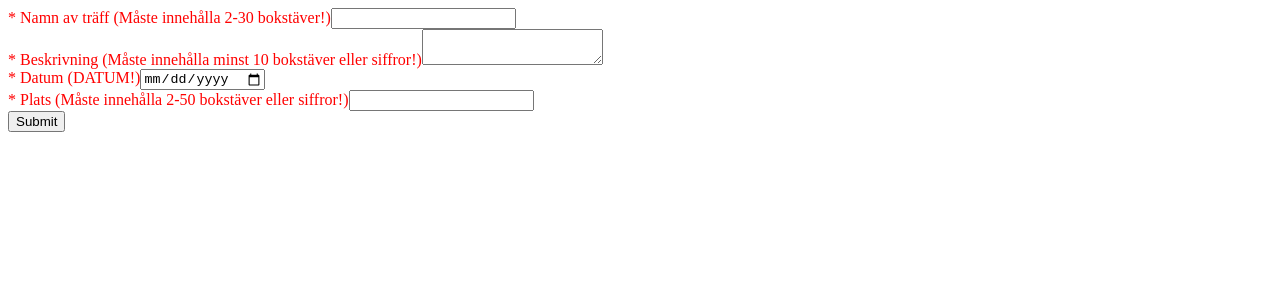
Repository: la222tc/1DV404_HT14_D_4_la222tc
Page: Iteration 2/index.html
The author's editor kept a record of every edit. The page is drawn from the files as they stood at one moment, then again after the next edit.
The browser window is 1280 px wide. The pictures show the whole page.

Above is the page before.

### Iteration 2/index.html
<!DOCTYPE html>
<html lang="sv">
    <head>
        <meta charset="UTF-8">
        <title></title>
    </head>
        <body>
            <div id="content">
                <form id="regForm">

                    <label id="labelName">* Namn av träff </label><input type="text" name="Name" id="Name" />
                    <br>
                    <label id="labelDescription">* Beskrivning </label><textarea id="Description"></textarea>
                    <br>
                    <label id="labeldate">* Datum </label><input type="date" name="date" id="date" />
                    <br>
                    <label id="labelPlace">* Plats </label><input type="text" name="Place" id="Place" />
                    <br>
                    <input type="submit" value="Submit" id="Submit" />
                </form>

            </div>

            <script type="text/javascript" src="js/Main.js"></script>
            <script type="text/javascript" src="js/Validator.js"></script>
            <script type="text/javascript" src="js/Create.js"></script>
            <script type="text/javascript" src="js/Test.js"></script>
        </body>
</html>

### Iteration 2/js/Main.js
"use strict";


var Main = {

    init:function () {
        Test.testingValidator();
    }
};

window.onload = Main.init;

### Iteration 2/js/Validator.js
"use strict";

var Validator = {


    validateName: function (Name) {
        var labelName = document.getElementById("labelName");

        var regex = /^[a-zA-Z0-9 ]{2,30}$/;

        if (regex.test(Name)) {
            labelName.style.color = "green";
            labelName.innerHTML = "* Namn av träff ";
            console.log("* Namn av träff Rätt");
            Create.countToValid += 1;
        }

        else {
             labelName.style.color = "red";
             labelName.innerHTML = "* Namn av träff (Måste innehålla 2-30 bokstäver!)";
            console.log("* Namn av träff Fel!");
            Create.countToValid = 0;
        }
    },

    validateDescription: function (Name) {
        var labelDescription = document.getElementById("labelDescription");

        var regex = /^[a-zA-Z0-9 ]{10,500}$/;

        if (regex.test(Name)) {
            labelDescription.style.color = "green";
            labelDescription.innerHTML = "* Beskrivning ";
            console.log("* Beskrivning  Rätt");
            Create.countToValid += 1;
        }

        else {
             labelDescription.style.color = "red";
             labelDescription.innerHTML = "* Beskrivning (Måste innehålla minst 10 bokstäver eller siffror!)";
            console.log("* Beskrivning  Fel!");

            Create.countToValid = 0;
        }
    },

    validateDate: function (myDate) {
        var labeldate = document.getElementById("labeldate");

        var regex = /^\d{2}([./-])\d{2}\1\d{4}$/;

        if (regex.test(myDate)) {
            labeldate.style.color = "green";
            labeldate.innerHTML = "* Datum ";
            console.log("* Datum   Rätt");
            Create.countToValid += 1;
        }

        else {
             labeldate.style.color = "red";
             labeldate.innerHTML = "* Datum  (DATUM!)";
            console.log("* Datum   Fel!");

            Create.countToValid = 0;
        }
    },

    validatePlace: function (Name) {
        var labelPlace = document.getElementById("labelPlace");

        var regex = /^[a-zA-Z0-9 ]{2,50}$/;

        if (regex.test(Name)) {
            labelPlace.style.color = "green";
            labelPlace.innerHTML = "* Plats ";
            console.log("* Plats  Rätt");
            Create.countToValid += 1;
        }

        else {
             labelPlace.style.color = "red";
             labelPlace.innerHTML = "* Plats (Måste innehålla 2-50 bokstäver eller siffror!)";
            console.log("* Plats  Fel!");
            Create.countToValid = 0;
        }
    },
};

### Iteration 2/js/Create.js
"use strict";


var Create = {

    submit: document.getElementById("Submit"),
    countToValid: 0,
    Name: document.getElementById("Name"),
    Description: document.getElementById("Description"),
    date: document.getElementById("date"),
    Place: document.getElementById("Place"),

    init:function () {

        Create.submit.addEventListener("click", function (e) {
            e.preventDefault();
            Create.validateInput();

            if (Create.countToValid >= 4) {
                Create.sendMailToAthletes();
            }

            console.log(Create.countToValid);
        });
    },

    validateInput:function () {

        Validator.validateName(Create.Name.value);

        Validator.validateDescription(Create.Description.value);

        Validator.validateDate(Create.date.value);

        Validator.validatePlace(Create.Place.value);

    },

    sendMailToAthletes:function () {
        console.log("Mail skickade");
        window.location.href = "https://1dv404-ht14-d-4-la222tc-la222tc.c9.io/Iteration 2/index2.html";


    }
};

### Iteration 2/js/Test.js
"use strict";


var Test = {

    testingValidator: function () {
        Validator.validateName("En ny träff");
        Validator.validateName("E");

        Validator.validateDescription("Information om träffen");
        Validator.validateDescription("Info");

        Validator.validateDate("2015-10-15");
        Validator.validateDate("2015-45.45");

        Validator.validatePlace("Kalmar");
        Validator.validatePlace("K");

    }

};

After the next edit:
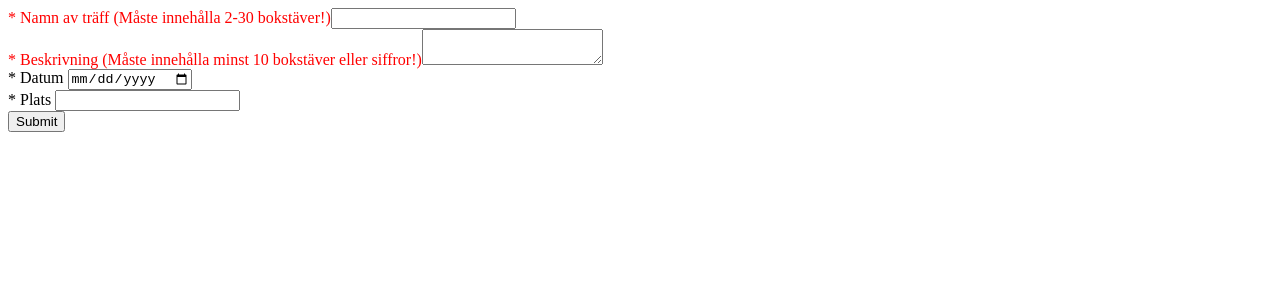
Console error: ReferenceError: myDate is not defined
The edit:
--- a/Iteration 2/js/Validator.js
+++ b/Iteration 2/js/Validator.js
@@ -44,7 +44,7 @@
         }
     },
 
-    validateDate: function (myDate) {
+    validateDate: function (date) {
         var labeldate = document.getElementById("labeldate");
 
         var regex = /^\d{2}([./-])\d{2}\1\d{4}$/;

After the edit that followed:
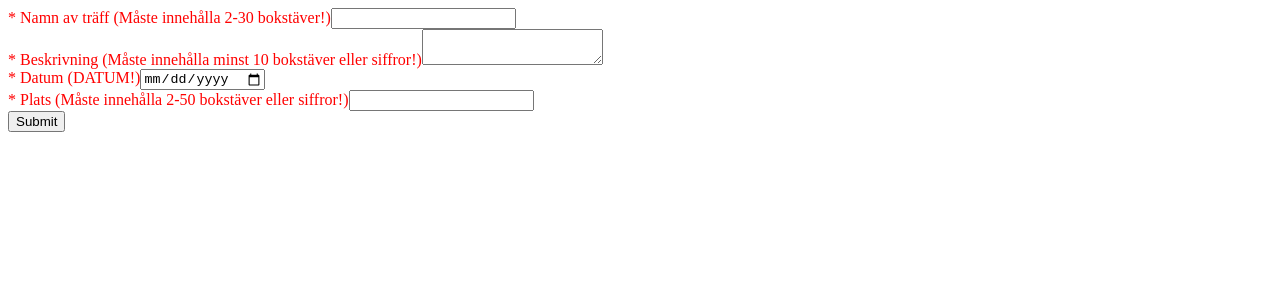
The error is gone.
The edit:
--- a/Iteration 2/js/Validator.js
+++ b/Iteration 2/js/Validator.js
@@ -49,7 +49,9 @@
 
         var regex = /^\d{2}([./-])\d{2}\1\d{4}$/;
 
-        if (regex.test(myDate)) {
+
+
+        if (regex.test(date)) {
             labeldate.style.color = "green";
             labeldate.innerHTML = "* Datum ";
             console.log("* Datum   Rätt");
